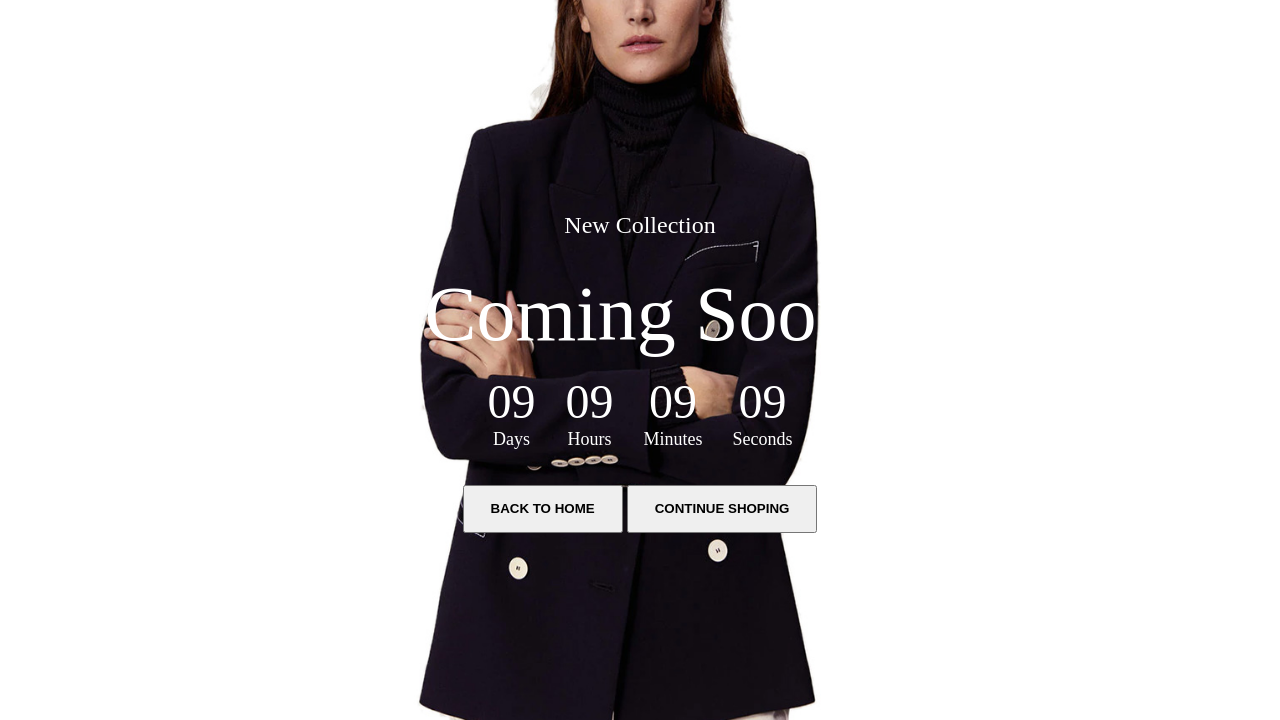
Repository: ST-United-Internship/Modaz-4life
Page: comingsoon&FAQ/coming-soon.html
The author's editor kept a copy of each file at every save. The page is drawn from the files as they stood at one save, then again after the next save.
The browser window is 1280 px wide. The pictures show the whole page.

Above is the page before, as saved 2023-03-21 15:01:36.

### comingsoon&FAQ/coming-soon.html
<!DOCTYPE html>
<html lang="en">
<head>
    <meta charset="UTF-8">
    <meta http-equiv="X-UA-Compatible" content="IE=edge">
    <meta name="viewport" content="width=device-width, initial-scale=1.0">
    <link rel="stylesheet" type="text/css" href="css/layout.css">
    <title>Document</title>
</head>
<body>
    <section class="container">
        <img src="Assets/Images/bg-parallax2.jpg" alt="">
        <header>New Collection</header>
        <p>Coming Soon</p>
        <div class="time-titles">
            <div class="time days">
                <span class="number">09</span>
                <span class="title-text">Days</span>
            </div>
            <div class="time hours">
                <span class="number">09</span>
                <span class="title-text">Hours</span>
            </div>
            <div class="time minutes">
                <span class="number">09</span>
                <span class="title-text">Minutes</span>
            </div>
            <div class="time seconds">
                <span class="number">09</span>
                <span class="title-text">Seconds</span>
            </div>
        </div>
        <div class="flat-button">
            <button type="button" class="bg-white">BACK TO HOME</button>
            <button type="button">CONTINUE SHOPING</button>
            </div>
       </section>
    </section>
</body>
</html>

### comingsoon&FAQ/css/layout.css
/* *{
    margin:0;
    padding: 0;
    font-family: 'Lucida Sans', 'Lucida Sans Regular', 'Lucida Grande', 'Lucida Sans Unicode', Geneva, Verdana, sans-serif;
    box-sizing: border-box;
}

.header{
    background: red;
}


body .container{
    width: 100vw;
    height: 100vh;
    background-image: url(../Assets/Images/bg-parallax2.jpg);
    background-position: center;
    background-color: red
} */
/*
.boxed{
    background: red;
}
.parallax2{
    background-image: url(../Assets/Images/bg-parallax2.jpg);
    height: 110vh;
    background-position: center;

}

.parallax2 .overlay{
    position: absolute;
    background-position: center;
    width: 100%;
    height: 70%;
    top: 0;
    left: 0;
    background: rgba(0,0,0,.5);
} */

*{
    margin: 0;
    padding: 0;
    box-sizing: border-box;
}
.container{
    height: 100vh;
    row-gap: 15px;
    width: 100%;
    display: flex;
    justify-content: center;
    flex-direction: column;
    overflow: hidden;
    align-items: center;
}

.container img{
    position: absolute;
    height: 100%;
    width: 100%;
    object-fit: cover;
    z-index: -1;
}

.container header{
    line-height: 58px;
    color: #fff;
    font-size: 24px;
}

.container p{
    color: #fff;
    font-size: 78px;
    line-height: 90px;
    font-weight: 500;
}

.container .time-titles{
    display: flex;
    column-gap: 30px;
}

.time-titles .time{
    display: flex;
    align-items: center;
    flex-direction: column;
}

.time .number{
    font-size: 48px;
    font-weight: 500;
    /* line-height: 90px;
    color: #333;
    width: 90px;
    height: 90px;
    background: rgba(255,255,255,.9);
    text-align: center;
    margin: 0 35px 18px; */
    text-transform: capitalize;
}

.time .number,.time .title-text{
    color: #fff;
}

.time .title-text{
    font-size: 18px;
    text-transform: capitalize;
}

.flat-button{
    /* position: relative;
    max-width: 360px;
    width: 100%; */
    height: 40px;
    margin-top: 20px;
}

.flat-button button{
    padding: 7px 26px;
    font-weight: 700;
    line-height: 30px;
    text-transform: uppercase;
}

After the next save:
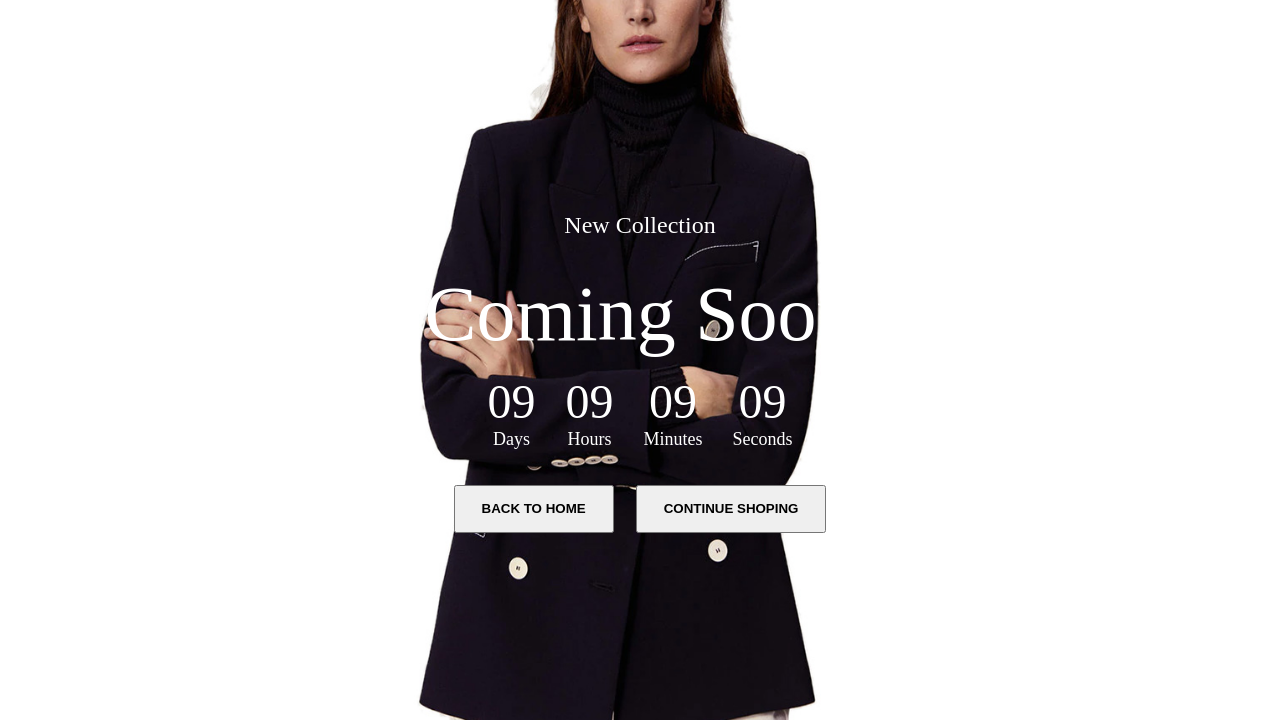
Saved 68 s later.
--- a/comingsoon&FAQ/css/layout.css
+++ b/comingsoon&FAQ/css/layout.css
@@ -121,4 +121,5 @@ body .container{
     font-weight: 700;
     line-height: 30px;
     text-transform: uppercase;
+    margin: 0 9px;
 }
